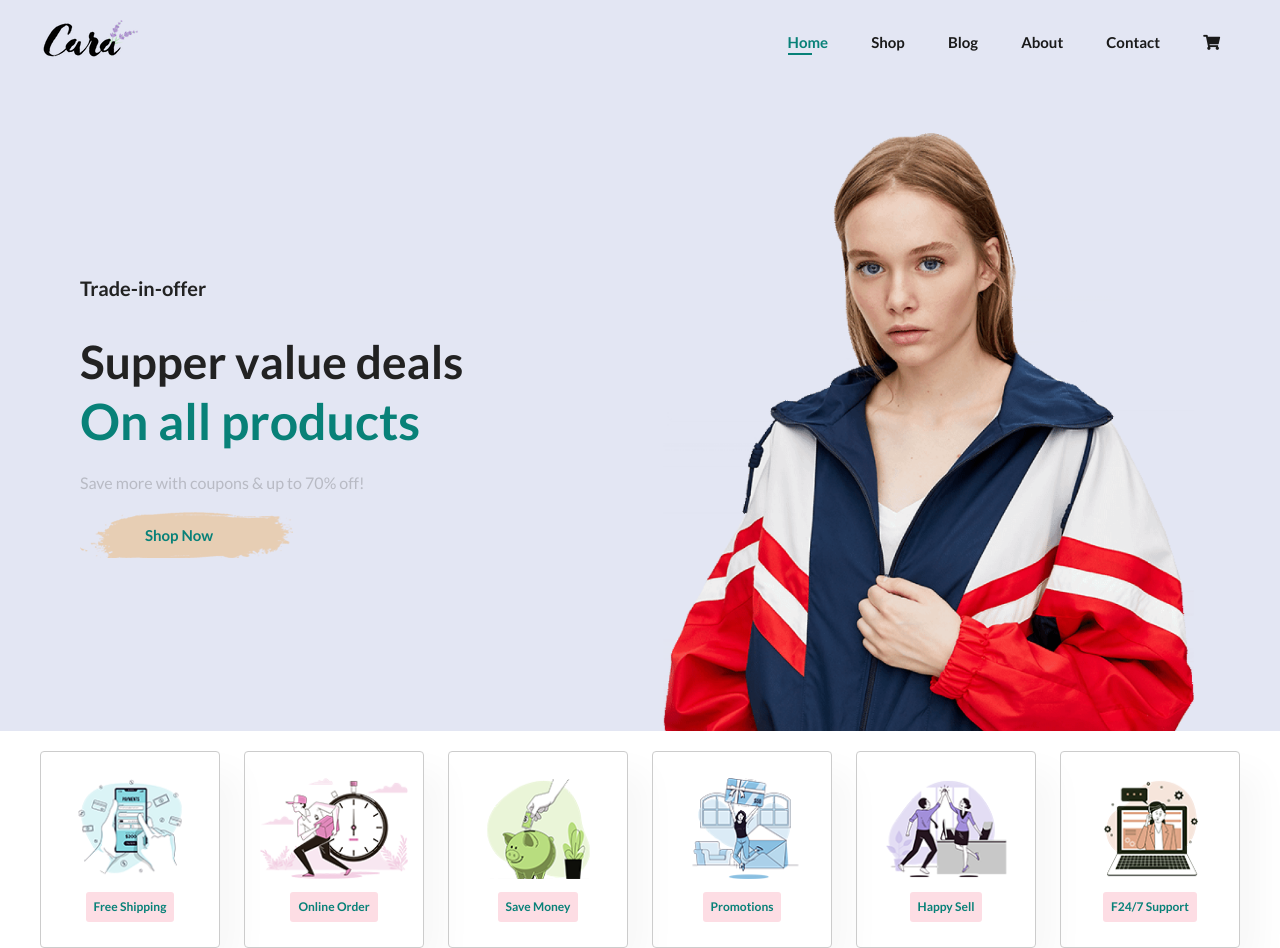
Repository: Nguyenductuan-dev/Website-Clothes
Page: index.html
The author's editor kept a copy of each file at every save. The page is drawn from the files as they stood at one save, then again after the next save.
The browser window is 1280 px wide. The pictures show the whole page.

Above is the page before, as saved 2022-04-26 00:20:42.

After the next save:
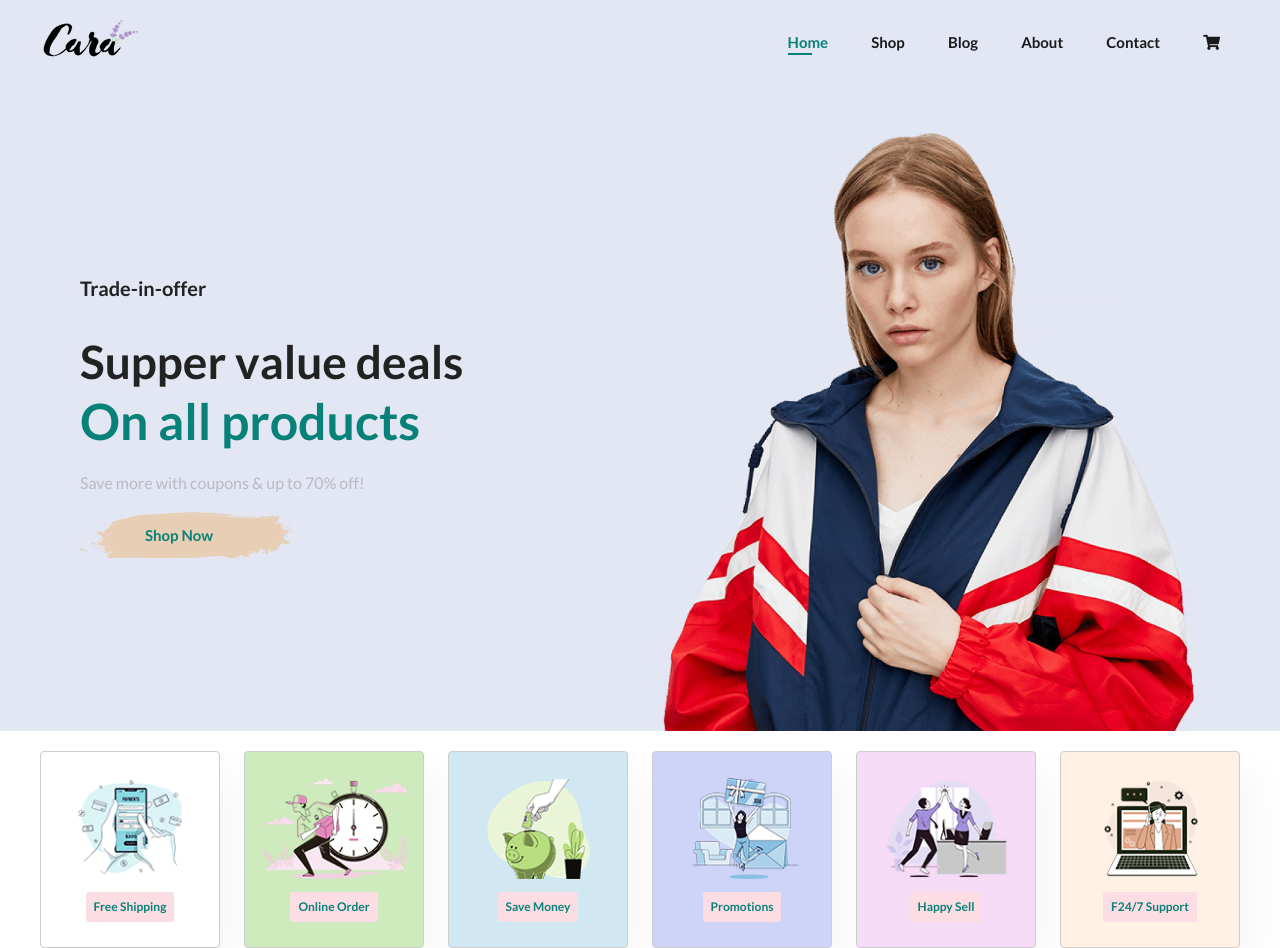
Saved 8 s later.
--- a/assets/css/style.css
+++ b/assets/css/style.css
@@ -153,18 +153,18 @@ body {
     background-color: #fddde4;
     display: inline-block;
 }
-..feature__box:nth-child(2) {
+.feature__box:nth-child(2) {
     background-color: #cdebbc;
 }
-..feature__box:nth-child(3) {
+.feature__box:nth-child(3) {
     background-color: #d1e8f2;
 }
-..feature__box:nth-child(4) {
+.feature__box:nth-child(4) {
     background-color: #cdd4f8;
 }
-..feature__box:nth-child(5) {
+.feature__box:nth-child(5) {
     background-color: #f6dbf6;
 }
-..feature__box:nth-child(6) {
+.feature__box:nth-child(6) {
     background-color: #fff2e5;
 }
